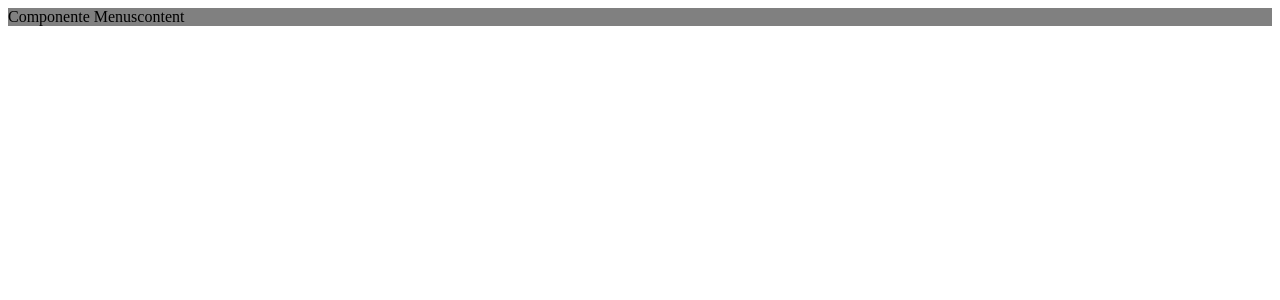
Repository: mateus-henrique-silva/estudos-react
Page: /
An editor plug-in stored every save of this project. The page is shown before and after a run of saves, followed by the edit.
The browser window is 1280 px wide. The pictures show the whole page.
The project was rebuilt for these pictures with package versions that can differ from the ones it lists, and the page was loaded fresh each time. Also part of the build but not shown: src/Components/Menu/Menu.css.

Above is the page before, as saved 2022-07-11 11:19:57.

After the next 2 saves:
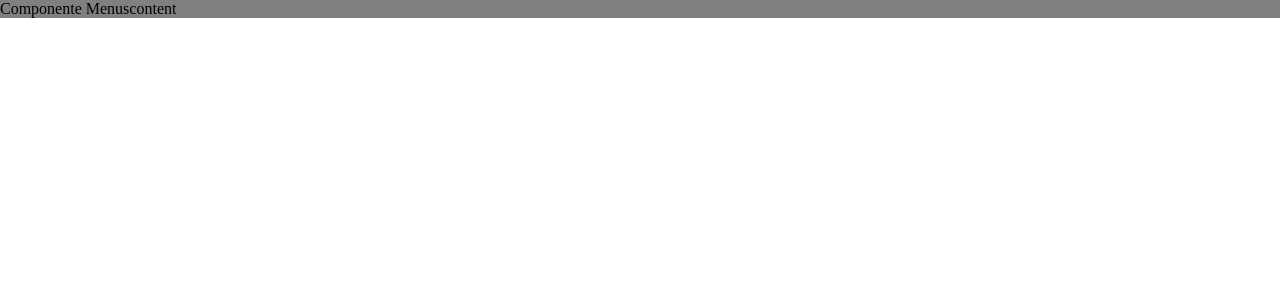
The 2 saves are shown as one change because they came seconds apart.
The last was saved 6 s later.
--- a/src/index.js
+++ b/src/index.js
@@ -2,7 +2,7 @@ import React from 'react';
 import ReactDOM from 'react-dom/client';
 import App from './Views/App';
 import reportWebVitals from './reportWebVitals';
-import "./"
+import "./index.css"
 
 const root = ReactDOM.createRoot(document.getElementById('root'));
 root.render(
